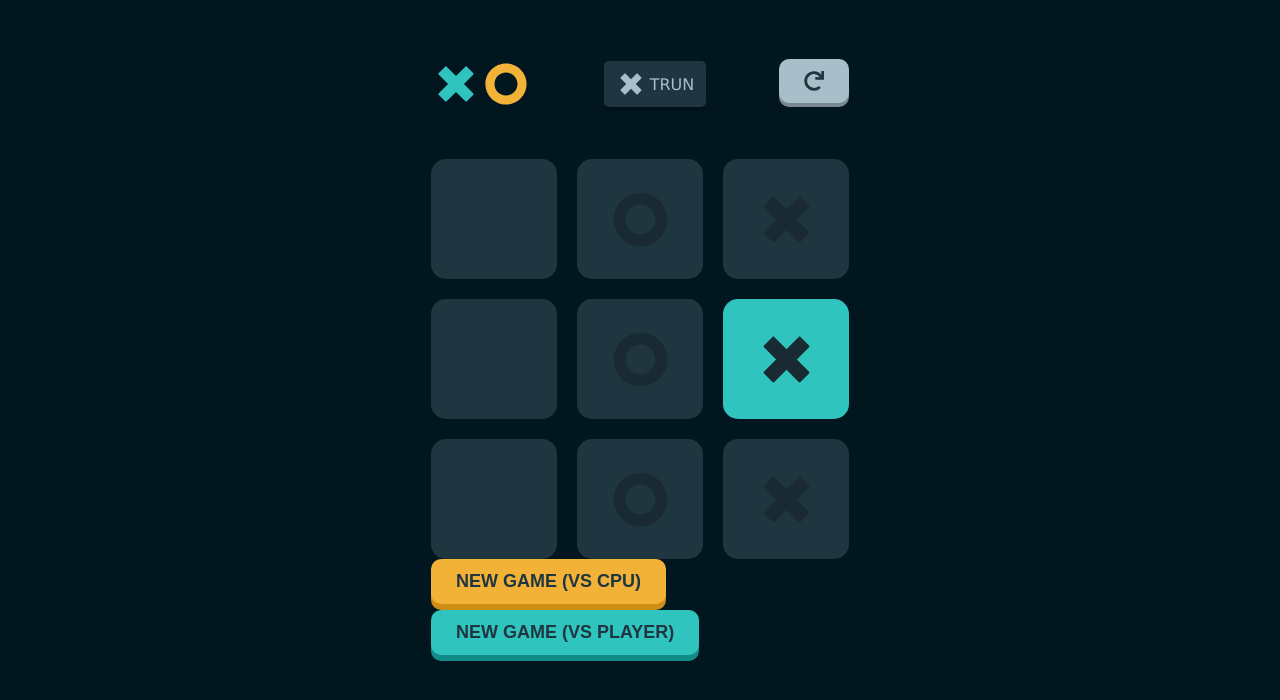
Repository: SD-Mdouka/XO_GAME
Page: /
These files come from the project's save history. The page is drawn as it stood at one moment and after the next save; the edit follows.
The browser window is 1280 px wide. The pictures show the whole page.
The project was rebuilt for these pictures with package versions that can differ from the ones it lists, and the page was loaded fresh each time. Also part of the build but not shown: src/component/start/Start.js.

Above is the page before, as saved 2022-08-29 16:35:36.

### src/index.css
* {
    padding: 0;
    margin: 0;
    box-sizing: border-box;
}

:root {
    --color-bg-dark: #192a33;
    --color-bg-light: #1f3640;
    --color-gray: #a8bec9;
    --color-gray-dark: #7a8991;
    --color-yellow: #f2b238;
    --color-yellow-dark: #cd8d16;
    --color-blue: #30c4be;
    --color-blue-dark: #128c89;
    --shadow-y: 6px;
}

html {
    font-family: "Lucida Sans", "Lucida Sans Regular", "Lucida Grande", "Lucida Sans Unicode", Geneva, Verdana, sans-serif;
    text-transform: uppercase;
    font-size: 16px;
}

body {
    background-color: var(--color-bg-dark);
    color: var(--color-gray);
}

.App {
    background-color: #021620;
    min-height: 100vh;
    display: flex;
    align-items: center;
    justify-content: center;
}

.container {
    max-width: 450px;
    width: 100%;
    margin-inline: auto;
    padding: 2rem 1rem;
}


/*utilites*/

.card {
    padding: 25px;
    display: flex;
    flex-direction: column;
    gap: 25px;
    border-radius: 15px;
    background-color: var(--color-bg-light);
    -webkit-border-radius: 15px;
    -moz-border-radius: 15px;
    -ms-border-radius: 15px;
    -o-border-radius: 15px;
    text-align: center;
}

.text-lg {
    font-size: 1.25rem;
}

.text-xl {
    font-size: 1.5rem;
}

.text-2xl {
    font-size: 1.725rem;
}

.text-light {
    color: var(--color-gray);
}

.text-blue {
    color: var(--color-blue);
}

.text-yellow {
    color: var(--color-yellow);
}

.btn {
    background-color: var(--color-gray);
    border: none;
    font-size: 1.125rem;
    font-weight: bold;
    padding: 12px 25px;
    text-transform: uppercase;
    cursor: pointer;
    border-radius: 10px;
    -webkit-border-radius: 10px;
    -moz-border-radius: 10px;
    -ms-border-radius: 10px;
    -o-border-radius: 10px;
    color: var(--color-bg-light);
    display: inline-block;
    box-shadow: 0 var(--shadow-y) 0 var(--color-gray-dark);
    margin-bottom: 6px;
    transition: all 0.2s;
    -webkit-transition: all 0.2s;
    -moz-transition: all 0.2s;
    -ms-transition: all 0.2s;
    -o-transition: all 0.2s;
}

.btn:hover {
    --shadow-y: 8px;
    transform: translateY(-2px);
    -webkit-transform: translateY(-2px);
    -moz-transform: translateY(-2px);
    -ms-transform: translateY(-2px);
    -o-transform: translateY(-2px);
}

.btn:active {
    --shadow-y: 4px;
    transform: translateY(2px);
    -webkit-transform: translateY(2px);
    -moz-transform: translateY(2px);
    -ms-transform: translateY(2px);
    -o-transform: translateY(2px);
}

.btn-yellow {
    background-color: var(--color-yellow);
    box-shadow: 0 var(--shadow-y) 0 var(--color-yellow-dark);
}

.btn-blue {
    background-color: var(--color-blue);
    box-shadow: 0 var(--shadow-y) 0 var(--color-blue-dark);
}

.btn-sm {
    --shadow-y: 4px;
}

.btn-sm:hover {
    --shadow-y: 6px;
}

.btn-sm:active {
    --shadow-y: 3px;
}


/* icons */

.icon {
    display: inline-block;
}

.icon svg {
    fill: var(--color-gray);
    height: 50px;
    width: 50px;
    vertical-align: middle;
}

.icon-sm svg {
    height: 30px;
    width: 30px;
}

.icon-lg svg {
    height: 65px;
    width: 65px;
}

.icon-yellow svg {
    fill: var(--color-yellow);
}

.icon-blue svg {
    fill: var(--color-blue);
}

.icon-dark svg {
    fill: var(--color-bg-dark);
}


/* Sarte */

.start {
    display: flex;
    flex-direction: column;
    gap: 25px;
}

.start__header {
    display: flex;
    align-items: center;
    justify-content: center;
}

.start__players {
    background-color: var(--color-bg-dark);
    padding: 10px;
    border-radius: 15px;
    -webkit-border-radius: 15px;
    -moz-border-radius: 15px;
    -ms-border-radius: 15px;
    -o-border-radius: 15px;
    display: flex;
    align-items: center;
    box-shadow: inset 0 0 8px rgba(0, 0, 0, 0.2);
}

.start__players span {
    width: 50%;
    display: flex;
    align-items: center;
    justify-content: center;
    padding: 15px 10px;
    border-radius: 10px;
    -webkit-border-radius: 10px;
    -moz-border-radius: 10px;
    -ms-border-radius: 10px;
    -o-border-radius: 10px;
    cursor: pointer;
}

.start__players--active {
    background-color: var(--color-gray);
    box-shadow: 0 0 8px rgba(255, 255, 255, 0.2);
}

.start__btns {
    display: flex;
    flex-direction: column;
    gap: 12px;
}


/* board */

.board__header {
    display: flex;
    justify-content: space-between;
    align-items: center;
    margin-bottom: 50px;
}

.board__turn {
    border-radius: 5px;
    background-color: var(--color-bg-light);
    -webkit-border-radius: 5px;
    -moz-border-radius: 5px;
    -ms-border-radius: 5px;
    -o-border-radius: 5px;
    padding: 8px 12px;
    align-items: center;
    display: flex;
    gap: 4px;
    box-shadow: 0 4px 0 rgba(0, 0, 0, 0.2);
}

.board__restart svg {
    height: 20px;
    display: flex;
    align-items: center;
    transform-origin: center;
    transition: all 0.3s;
    -webkit-transition: all 0.3s;
    -moz-transition: all 0.3s;
    -ms-transition: all 0.3s;
    -o-transition: all 0.3s;
}

.board__restart:active svg {
    transform: rotate(180deg);
    -webkit-transform: rotate(180deg);
    -moz-transform: rotate(180deg);
    -ms-transform: rotate(180deg);
    -o-transform: rotate(180deg);
}

.board__body {
    display: grid;
    grid-template-columns: repeat(3, 1fr);
    gap: 20px;
}

.board__body .card {
    height: 120px;
    display: flex;
    align-items: center;
    justify-content: center;
    cursor: pointer;
    padding-inline: 10px;
}

.board__body .active.shadow-blue {
    background-color: var(--color-blue);
}

.board__body .active.shadow-yellow {
    background-color: var(--color-yellow);
}

.board__body .active.shadow-dark {
    background-color: var(--color-bg-dark);
}

### src/App.js
import Board from "./component/board/Board";
import Start from "./component/start/Start";

function App() {
  return (
    <div className="App">
      <div className="container">
        {/* <Start /> */}
        <Board />
      </div>
    </div>
  );
}

export default App;

### src/component/board/Board.js
import React from "react";
import Xicons from "../icons/Xicons";
import Oicons from "../icons/Oicons";
import Refrsh from "../icons/Refrsh";
import BorardCard from "./BorardCard";

const Board = () => {
  const squars = [" ", "o", "x", " ", "o", "x", " ", "o", "x"];
  return (
    <div className="board">
      <div className="board__header">
        <div>
          <Xicons />
          <Oicons />
        </div>
        <div className="board__turn">
          <Xicons color={"ligth"} size="sm" /> trun
        </div>
        <div>
          <button className="btn btn-sm board__restart">
            <Refrsh />
          </button>
        </div>
      </div>
      <div className="board__body">
        {squars.map((sq, ix) => (
          <BorardCard key={ix} index={ix} user={sq} active={ix === 5} />
        ))}
      </div>
      <div className="board__footer">
        <button className="btn btn-yellow">new game (vs CPU)</button>
        <button className="btn btn-blue">new game (vs Player)</button>
      </div>
    </div>
  );
};

export default Board;

### src/component/icons/Xicons.js
import React from "react";

const Xicon = ({ color, size }) => {
  return (
    <div
      className={`icon ${color ? "icon-" + color : "icon-blue"} ${
        size && "icon-" + size
      }`}
    >
      <svg
        version="1.1"
        id="Layer_1"
        x="0px"
        y="0px"
        width="100px"
        height="100px"
        viewBox="0 0 100 100"
      >
        <path
          d="M84.707,68.752L65.951,49.998l18.75-18.752c0.777-0.777,0.777-2.036,0-2.813L71.566,15.295
	c-0.777-0.777-2.037-0.777-2.814,0L49.999,34.047l-18.75-18.752c-0.746-0.747-2.067-0.747-2.814,0L15.297,28.431
	c-0.373,0.373-0.583,0.88-0.583,1.407c0,0.527,0.21,1.034,0.583,1.407L34.05,49.998L15.294,68.753
	c-0.373,0.374-0.583,0.88-0.583,1.407c0,0.528,0.21,1.035,0.583,1.407l13.136,13.137c0.373,0.373,0.881,0.583,1.41,0.583
	c0.525,0,1.031-0.21,1.404-0.583l18.755-18.755l18.756,18.754c0.389,0.388,0.896,0.583,1.407,0.583c0.511,0,1.019-0.195,1.408-0.583
	l13.138-13.137C85.484,70.789,85.484,69.53,84.707,68.752z"
        />
      </svg>
    </div>
  );
};

export default Xicon;

### src/component/icons/Oicons.js
import React from "react";

const Oicon = ({ color, size }) => {
  return (
    <div
      className={`icon ${color ? "icon-" + color : "icon-yellow"} ${
        size && "icon-" + size
      }`}
    >
      <svg
        version="1.1"
        id="Layer_1"
        x="0px"
        y="0px"
        viewBox="-169 -35 100 100"
      >
        <g>
          <path
            d="M-119,56.2c-22.7,0-41.2-18.5-41.2-41.2s18.5-41.2,41.2-41.2c22.7,0,41.2,18.5,41.2,41.2S-96.3,56.2-119,56.2z M-119-8
		c-12.7,0-23,10.3-23,23c0,12.7,10.3,23,23,23s23-10.3,23-23C-96,2.3-106.3-8-119-8z"
          />
        </g>
      </svg>
    </div>
  );
};

export default Oicon;

### src/component/icons/Refrsh.js
import React from "react";

const Refrsh = () => {
  return (
    <svg
      aria-hidden="true"
      focusable="false"
      data-prefix="fas"
      data-icon="redo"
      role="img"
      xmlns="http://www.w3.org/2000/svg"
      viewBox="0 0 512 512"
    >
      <path
        fill="currentColor"
        d="M500.33 0h-47.41a12 12 0 0 0-12 12.57l4 82.76A247.42 247.42 0 0 0 256 8C119.34 8 7.9 119.53 8 256.19 8.1 393.07 119.1 504 256 504a247.1 247.1 0 0 0 166.18-63.91 12 12 0 0 0 .48-17.43l-34-34a12 12 0 0 0-16.38-.55A176 176 0 1 1 402.1 157.8l-101.53-4.87a12 12 0 0 0-12.57 12v47.41a12 12 0 0 0 12 12h200.33a12 12 0 0 0 12-12V12a12 12 0 0 0-12-12z"
      ></path>
    </svg>
  );
};

export default Refrsh;

### src/component/board/BorardCard.js
import React from "react";
import Xicons from "../icons/Xicons";
import Oicons from "../icons/Oicons";

const BorardCard = ({ user = "nouser", active, index }) => {
  return (
    <div
      className={`card
      ${active && user === "x" && "shadow-blue"}
    ${active && user === "o" && "shadow-yellow"}
    ${!active ? "shadow-gray" : "active"}
    `}
    >
      {user === "x" && <Xicons color={"dark"} size="lg" />}
      {user === "o" && <Oicons color={"dark"} size="lg" />}
    </div>
  );
};

export default BorardCard;

Loaded but not shown: public/index.html (common file); src/index.js (common file)

After the next save:
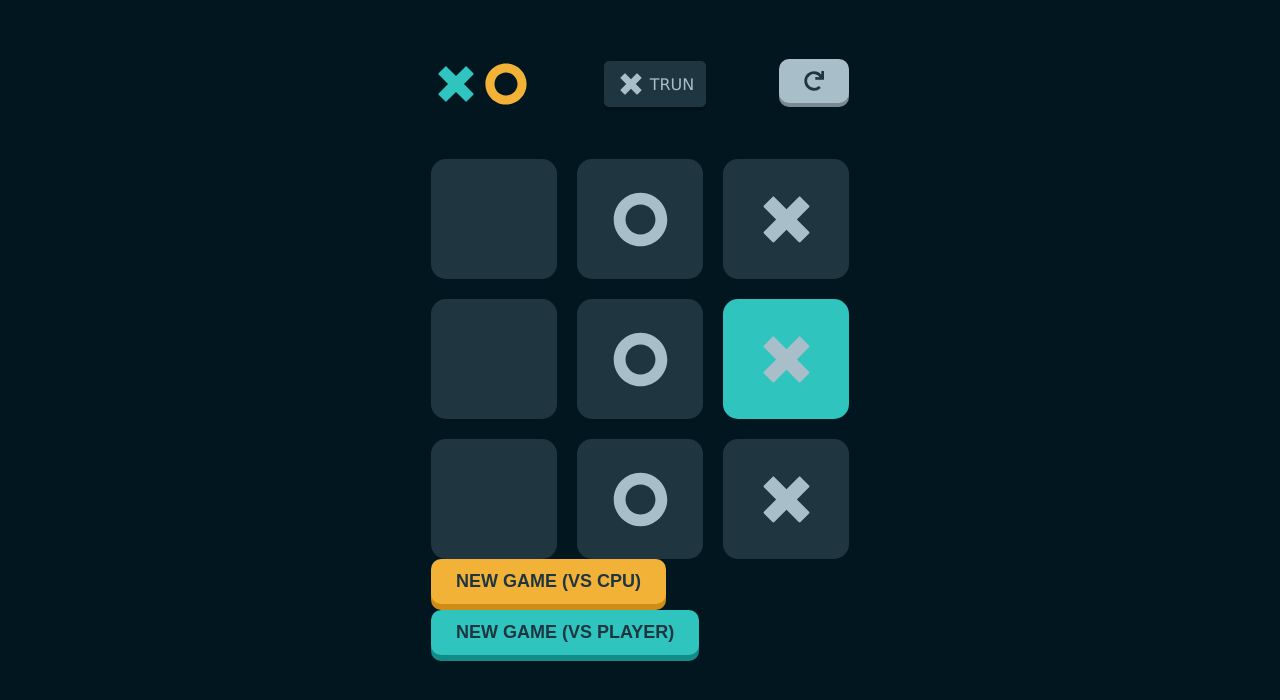
Saved 11 s later.
--- a/src/component/board/BorardCard.js
+++ b/src/component/board/BorardCard.js
@@ -11,8 +11,8 @@ const BorardCard = ({ user = "nouser", active, index }) => {
     ${!active ? "shadow-gray" : "active"}
     `}
     >
-      {user === "x" && <Xicons color={"dark"} size="lg" />}
-      {user === "o" && <Oicons color={"dark"} size="lg" />}
+      {user === "x" && <Xicons color={"light"} size="lg" />}
+      {user === "o" && <Oicons color={"light"} size="lg" />}
     </div>
   );
 };
